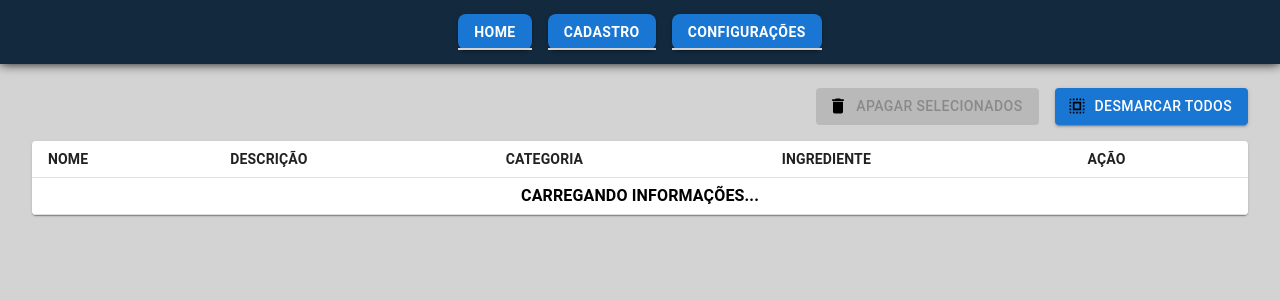
Repository: oZanella/projeto_windel_web_CRM
Page: /
These files come from the project's save history. The page is drawn as it stood at one moment and after a run of saves; the edit follows.
The browser window is 1280 px wide. The pictures show the whole page.
The page's requests for data from a server got no answer. The project was rebuilt for these pictures with package versions that can differ from the ones it lists, and the page was loaded fresh each time. No one was signed in, and anything a server would have sent is missing. Also part of the build but not shown: vite.config.js, src/routes/Configuracoes.jsx. Imported but missing from the stored project, and not drawn on this page: src/routes/Cadastro.jsx.

Above is the page before, as saved 2024-08-19 10:28:32.

### index.html
<!doctype html>
<html lang="en">

<head>
  <meta charset="UTF-8" />
  <link rel="icon" type="image/svg+xml" href="./src/image/LogoWindel.svg" />
  <link rel="stylesheet" href="src/style/GlobalStyles.css" />
  <link href="https://fonts.googleapis.com/css2?family=Playfair+Display&display=swap" rel="stylesheet">

  <meta name="viewport" content="width=device-width, initial-scale=1.0" />
  <title>Projeto Teste - CRM </title>
</head>

<body>
  <div id="root"></div>
  <script type="module" src="/src/main.jsx"></script>
</body>

</html>

### src/style/GlobalStyles.css
:root {
  --click: #7fa8c4;
  --primary: #E8F1F2;
  --darkblue: #13293D;
  --secondary: #000000;
  --ligthblue: #1b98e0;
  --animation: #006494;
  --ligthkgrey: #D3D3D3;
  --blueceledron: #247ba0;
  --delete: #FF0000;
}

* {
    color: var(--secondary);
}

body {
  background-color: var(--ligthkgrey);
}

### src/main.jsx
import { createBrowserRouter, RouterProvider, Navigate } from "react-router-dom"
import { createRoot } from 'react-dom/client'
import { StrictMode } from 'react'
import { App } from './App.jsx'

import './style/GlobalStyles.css'

//páginas do projeto
import { Cadastro } from './routes/Cadastro.jsx'
import { Home } from './routes/Home.jsx'
import { Configuracoes } from './routes/configuracoes.jsx'

const router = createBrowserRouter([
  {
    element: <App />,
    children: [
      {
        path: '/',
        element: <Navigate to="/home" replace />,
      },
      {
        path: '/home',
        element: <Home />,
      },
      {
        path: '/cadastro',
        element: <Cadastro />,
      },
      {
        path: '/configuracoes',
        element: <Configuracoes />,
      },
    ],
  },
])

createRoot(document.getElementById('root')).render(
  <StrictMode>
    <RouterProvider router={router} />
  </StrictMode>,
)

### src/App.jsx
import { Header } from './components/Header'
import { Outlet } from 'react-router-dom'
import { Box } from '@mui/material'
import './style/GlobalStyles.css'

export function App() {
  return (
    <Box sx={{ p: { xs: 2, sm: 3 }, marginTop: { xs: 8, sm: 8 } }}>
      <Header />
      <Box>
        <Outlet />
      </Box>
    </Box>
  );
}

### src/routes/Home.jsx
import React, { useEffect, useState } from 'react';
import { Box, TextField, Button, Dialog, DialogActions, DialogContent, DialogTitle, Select, MenuItem, FormControl, InputLabel } from '@mui/material';

import { handleShowDetails, handleEdit, handleSave, handleInputChange } from '../components/Handle';
import { CardDados } from '../components/TableHome';

import { blogFetch } from '../axios/config';


export const Home = () => {
  const [posts, setPosts] = useState([]);
  const [selectInfo, setSelectInfo] = useState(null);
  const [modeEdit, setModeEdit] = useState(null);
  const [dataEdit, setDataEdit] = useState({});
  const [openAddDialog, setOpenAddDialog] = useState(false);
  const [newPost, setNewPost] = useState({ name: '', description: '', category: '' });

  const getPosts = async () => {
    try {
      const response = await blogFetch.get("/recipe");
      const uniqueData = response.data.filter((value, index, self) =>
        index === self.findIndex((t) => t.id === value.id)
      );
      setPosts(uniqueData); // Garante que não tenha dados duplicados
    } catch (error) {
      console.log(error);
    }
  };

  useEffect(() => {
    getPosts();
  }, []);

  const handleDelete = async (postId) => {
    try {
      await blogFetch.delete(`/recipe/${postId}`);
      setPosts(posts.filter(post => post.id !== postId));
      console.log('Post deletado com sucesso');
    } catch (error) {
      console.error('Erro ao deletar o post', error);
    }
  };

  const handleAddOpen = () => setOpenAddDialog(true);
  const handleAddClose = () => setOpenAddDialog(false);

  {/* API para envio do novo registro*/ }
  const handleAdd = async () => {
    try {
      const newPostFormatted = {
        name: newPost.name,
        description: newPost.description,
        ingredients: [],
        category: newPost.category,
        isFavorite: newPost.isFavorite
      };

      const response = await blogFetch.post("/recipe", newPostFormatted);
      setPosts([...posts, response.data]);
      setNewPost({ name: '', description: '', category: '', isFavorite: false });
      handleAddClose();
      console.log('Post adicionado com sucesso');
    } catch (error) {
      console.error('Erro ao adicionar o post', error);
    }
  };

  return (
    <Box>
      {/* Dados para Adicionar Novo Registro */}
      <Dialog open={openAddDialog} onClose={handleAddClose}>
        <DialogTitle>Adicionar Novo Registro</DialogTitle>
        <DialogContent>
          <TextField
            name="name"
            label="Nome"
            value={newPost.name}
            onChange={(e) => setNewPost({ ...newPost, name: e.target.value })}
            fullWidth
            sx={{ marginBottom: 2 }}
          />
          <TextField
            name="description"
            label="Descrição"
            value={newPost.description}
            onChange={(e) => setNewPost({ ...newPost, description: e.target.value })}
            fullWidth
            sx={{ marginBottom: 2 }}
          />
          <TextField
            name="category"
            label="Categoria"
            value={newPost.category}
            onChange={(e) => setNewPost({ ...newPost, category: e.target.value })}
            fullWidth
            sx={{ marginBottom: 2 }}
          />
          <FormControl fullWidth sx={{ marginBottom: 2 }}>
            <InputLabel>Favorito</InputLabel>
            <Select
              name="isFavorite"
              value={newPost.isFavorite}
              onChange={(e) => setNewPost({ ...newPost, isFavorite: e.target.value })}
              label="Favorito"
            >
              <MenuItem value={true}>Sim</MenuItem>
              <MenuItem value={false}>Não</MenuItem>

            </Select>
          </FormControl>
        </DialogContent>
        <DialogActions>
          <Button onClick={handleAddClose}>Cancelar</Button>
          <Button onClick={handleAdd}>Adicionar</Button>
        </DialogActions>
      </Dialog>

      <CardDados
        posts={posts}
        handleDelete={handleDelete}
        handleEdit={handleEdit}
        handleSave={handleSave}
        modeEdit={modeEdit}
        setModeEdit={setModeEdit}
        dataEdit={dataEdit}
        setDataEdit={setDataEdit}
        handleInputChange={handleInputChange}
        selectInfo={selectInfo}
        setSelectInfo={setSelectInfo}
        handleShowDetails={handleShowDetails}
      />
    </Box>
  );
};

### src/components/Header.jsx
import { AppBar, Toolbar, Typography, Box, Button, IconButton } from '@mui/material';
import Logo from '../image/LogoWindel.svg';
import { Link } from 'react-router-dom';
import React from 'react';

export const Header = () => {
  return (

    // Header fundo 1 //
    <AppBar
      position="fixed"
      sx={{
        width: '100%',
        boxShadow: '0px 0.01px 11px var(--secondary)',
        top: 0,
        left: 0,
      }}
    >

      {/* Header fundo 2 */}
      <Toolbar
        sx={{
          display: 'flex',
          alignItems: 'center',
          padding: { xs: '0px', sm: '0px' },
          justifyContent: 'space-between',
          height: '64px',
          minHeight: '64px',
          backgroundColor: 'var(--darkblue)',
          boxSizing: 'border-box',
        }}
      >

        {/* Botões */}
        <Box
          sx={{
            gap: 2,
            display: 'flex',
            alignItems: 'center',
            flexGrow: { xs: 1, sm: 1 },
            justifyContent: { xs: 'center', sm: 'center' },
            '& .MuiButton-root': {
              backgroundColor: 'ligthkgrey',
              borderRadius: '8px',
              fontWeight: 'bold',
              textTransform: 'uppercase',
              transition: 'background-color 0.4s, transform 0.4s',
              border: 'none',

              // Animação
              '&:hover': {
                transform: 'scale(1.06)',
                border: '1px',
              },
              '&::after': {
                content: '""',
                position: 'absolute',
                left: 0,
                bottom: 0,
                width: '100%',
                height: '2px',
                backgroundColor: 'var(--ligthkgrey)',
                transition: 'width 0.4s',
              },
            },
          }}
        >
          <Button variant="contained" component={Link} to={`/home`}>Home</Button>
          <Button variant="contained" component={Link} to={`/cadastro`}>Cadastro</Button>
          <Button variant="contained" component={Link} to={`/configuracoes`}>Configurações</Button>
        </Box>
      </Toolbar>
    </AppBar>
  );
};

### src/components/Handle.jsx

import { blogFetch } from '../axios/config';


export const handleShowDetails = (post, setSelectInfo, selectInfo) => {
  if (selectInfo?.id === post.id) {
    setSelectInfo(null); // Fecha se já estiver aberto
  } else {
    setSelectInfo(post); // Abre o post atual
  }
};

export const handleEdit = (post, setModeEdit, setDataEdit) => {
  setModeEdit(post.id);
  setDataEdit(post);
};

//continua com erro, verificar!!
export const handleSave = async (postId, updateData) => {
  try {
    // Envie uma requisição PUT ou POST para salvar os dados atualizados
    const response = await blogFetch.put(`/blogFetch/posts/${postId}`, updateData);
    console.log('Dados salvos com sucesso', response.data);

  } catch (error) {
    console.error('Erro de API', error);
  }
};

export const handleInputChange = (e, setDataEdit) => {
  setDataEdit(prevDataEdit => ({ ...prevDataEdit, [e.target.name]: e.target.value }));
};

### src/components/TableHome.jsx
import React, { useState, useEffect } from 'react';
import {
  Table, TableBody, TableCell, TableContainer, TableHead, TableRow, Typography, Box, Button, IconButton, TextField, Dialog, DialogContent, DialogActions, FormControlLabel, Switch, Chip, Paper, Checkbox
} from '@mui/material';
import EditIcon from '@mui/icons-material/Edit';
import SaveIcon from '@mui/icons-material/Save';
import AddIcon from '@mui/icons-material/Add';
import CloseIcon from '@mui/icons-material/Close';
import DeleteIcon from '@mui/icons-material/Delete';
import SelectAllIcon from '@mui/icons-material/SelectAll';
import axios from 'axios';

const API_BASE_URL = 'https://teste-tecnico-front-api.up.railway.app';

export const CardDados = ({
  posts, setPosts, handleDelete
}) => {
  const [openModal, setOpenModal] = useState(false);
  const [currentPost, setCurrentPost] = useState(null);
  const [dataEdit, setDataEdit] = useState({});
  const [newIngredient, setNewIngredient] = useState('');
  const [selectedPosts, setSelectedPosts] = useState([]);

  useEffect(() => {
    if (currentPost) {
      setDataEdit({ ...currentPost });
    }
  }, [currentPost]);

  const handleEditOpen = (post) => {
    setCurrentPost(post);
    setOpenModal(true);
  };

  const handleEditClose = () => {
    setOpenModal(false);
    setCurrentPost(null);
    setNewIngredient('');
  };

  const handleSaveModal = async () => {
    if (currentPost) {
      try {
        await axios.put(`${API_BASE_URL}/posts/${currentPost.id}`, dataEdit);
        const response = await axios.get(`${API_BASE_URL}/posts`);
        setPosts(response.data);
        handleEditClose();
      } catch (error) {
        console.error('Error ao salvar:', error);
      }
    }
  };

  const handleAddIngredient = () => {
    if (newIngredient.trim() !== '') {
      setDataEdit((prevData) => ({
        ...prevData,
        ingredients: [...(prevData.ingredients || []), newIngredient.trim()],
      }));
      setNewIngredient('');
    }
  };

  const handleRemoveIngredient = (ingredientToRemove) => {
    setDataEdit((prevData) => ({
      ...prevData,
      ingredients: (prevData.ingredients || []).filter((ingredient) => ingredient !== ingredientToRemove),
    }));
  };

  const handleSelectAll = () => {
    if (selectedPosts.length === posts.length) {
      setSelectedPosts([]); // Deselect all
    } else {
      setSelectedPosts(posts.map(post => post.id)); // Select all
    }
  };

  const handleDeleteSelected = async () => {
    try {
      await Promise.all(selectedPosts.map(id => axios.delete(`${API_BASE_URL}/posts/${id}`)));
      const response = await axios.get(`${API_BASE_URL}/posts`);
      setPosts(response.data);
      setSelectedPosts([]);
    } catch (error) {
      console.error('Error ao apagar os registros:', error);
    }
  };

  const handleSelectPost = (id) => {
    setSelectedPosts(prevSelected =>
      prevSelected.includes(id)
        ? prevSelected.filter(postId => postId !== id)
        : [...prevSelected, id]
    );
  };

  return (
    <>
      <Box sx={{ display: 'flex', justifyContent: 'flex-end', mb: 2 }}>
        <Button
          variant="contained"
          color="error"
          startIcon={<DeleteIcon />}
          onClick={handleDeleteSelected}
          disabled={selectedPosts.length === 0}
          sx={{ marginRight: 2 }}
        >
          Apagar Selecionados
        </Button>
        <Button
          variant="contained"
          color="primary"
          startIcon={<SelectAllIcon />}
          onClick={handleSelectAll}
        >
          {selectedPosts.length === posts.length ? 'Desmarcar Todos' : 'Selecionar Todos'}
        </Button>
      </Box>

      {/* Tabela aonde aparece os dados */}
      <TableContainer component={Paper} sx={{ overflowX: 'auto' }}>
        <Table size='small'>
          <TableHead>
            <TableRow>
              <TableCell sx={{ fontWeight: 'bold', textTransform: 'uppercase' }}>Nome</TableCell>
              <TableCell sx={{ fontWeight: 'bold', textTransform: 'uppercase' }}>Descrição</TableCell>
              <TableCell sx={{ fontWeight: 'bold', textTransform: 'uppercase' }}>Categoria</TableCell>
              <TableCell sx={{ fontWeight: 'bold', textTransform: 'uppercase' }}>Ingrediente</TableCell>
              <TableCell sx={{ fontWeight: 'bold', textTransform: 'uppercase' }}>Ação</TableCell>
            </TableRow>
          </TableHead>
          <TableBody>
            {posts.length === 0 ? (
              <TableRow>
                <TableCell colSpan={5} align="center">
                  <Typography variant="body1" sx={{ fontWeight: 'bold', textTransform: 'uppercase' }}>Carregando informações...</Typography>
                </TableCell>
              </TableRow>
            ) : (
              posts.map((post) => (
                <TableRow sx={{ height: 'auto' }} key={post.id}>
                  <TableCell sx={{ padding: '8px' }}>
                    {post.name}
                  </TableCell>
                  <TableCell sx={{ padding: '8px' }}>{post.description}</TableCell>
                  <TableCell sx={{ padding: '8px' }}>{post.category}</TableCell>

                  <TableCell sx={{ padding: '8px' }}>
                    <Box sx={{
                      display: 'flex',
                      flexWrap: 'wrap',
                      overflowX: 'auto',
                      gap: 1,
                      width: '100%',
                    }}>
                      {post.ingredients && post.ingredients.length > 0 ? (
                        post.ingredients.map((ingredient) => (
                          <Box
                            key={ingredient.id}
                            sx={{
                              display: 'flex',
                              flexDirection: 'column',
                              alignItems: 'flex-start',
                              marginRight: 1,
                              marginBottom: 1,
                            }}
                          >
                            <Typography variant="body1">{ingredient.name}</Typography>
                            <Typography variant="body2" color="textSecondary">
                              Quantidade: {ingredient.quantity}
                            </Typography>
                          </Box>
                        ))
                      ) : (
                        <Typography variant="body2">Nenhum ingrediente disponível</Typography>
                      )}
                    </Box>
                  </TableCell>

                  <TableCell>
                    <Box sx={{ display: 'flex', alignItems: 'center' }}>
                      <Checkbox
                        checked={selectedPosts.includes(post.id)}
                        onChange={() => handleSelectPost(post.id)}
                        color="primary"
                      />
                      <IconButton
                        color="primary"
                        onClick={() => handleEditOpen(post)}
                        sx={{ mr: 1 }}
                      >
                        <EditIcon />
                      </IconButton>
                      <IconButton
                        color="error"
                        onClick={() => handleDelete(post.id)}
                      >
                        <DeleteIcon />
                      </IconButton>
                    </Box>
                  </TableCell>
                </TableRow>
              ))
            )}
          </TableBody>
        </Table>
      </TableContainer>

      {/* Modal de edição */}
      <Dialog open={openModal} onClose={handleEditClose} fullWidth maxWidth="sm">
        <DialogContent>
          {currentPost && (
            <Box component="form" sx={{ display: 'flex', flexDirection: 'column', gap: 2 }}>
              <TextField
                name="name"
                label="Nome"
                value={dataEdit.name || ''}
                onChange={(e) => setDataEdit({ ...dataEdit, name: e.target.value })}
                fullWidth
                sx={{ marginBottom: 2 }}
              />
              <TextField
                name="description"
                label="Descrição"
                value={dataEdit.description || ''}
                onChange={(e) => setDataEdit({ ...dataEdit, description: e.target.value })}
                fullWidth
                sx={{ marginBottom: 2 }}
              />
              <TextField
                name="category"
                label="Categoria"
                value={dataEdit.category || ''}
                onChange={(e) => setDataEdit({ ...dataEdit, category: e.target.value })}
                fullWidth
                sx={{ marginBottom: 2 }}
              />
              <FormControlLabel
                control={
                  <Switch
                    checked={dataEdit.isFavorite || false}
                    onChange={(e) => setDataEdit({ ...dataEdit, isFavorite: e.target.checked })}
                    name="isFavorite"
                    color="primary"
                  />
                }
                label="Favorito"
                sx={{ marginTop: 1 }}
              />
              <Box sx={{ marginTop: 2 }}>
                <Typography variant="h6" sx={{ mb: 1 }}>Ingredientes</Typography>
                {dataEdit.ingredients && dataEdit.ingredients.map((ingredient, index) => (
                  <Chip
                    key={index}
                    label={`${ingredient.name} (${ingredient.quantity})`}
                    onDelete={() => handleRemoveIngredient(ingredient)}
                    sx={{ marginRight: 1, marginBottom: 1 }}
                    deleteIcon={<CloseIcon />}
                  />
                ))}
                <Box sx={{ display: 'flex', alignItems: 'center', mt: 2 }}>
                  <TextField
                    value={newIngredient}
                    onChange={(e) => setNewIngredient(e.target.value)}
                    label="Novo ingrediente"
                    variant="outlined"
                    size="small"
                    sx={{ marginRight: 1 }}
                  />
                  <Button
                    variant="contained"
                    color="primary"
                    onClick={handleAddIngredient}
                    startIcon={<AddIcon />}
                  >
                    Adicionar
                  </Button>
                </Box>
              </Box>
            </Box>
          )}
        </DialogContent>
        <DialogActions>
          <Button onClick={handleEditClose} color="inherit">
            Cancelar
          </Button>
          <Button
            onClick={handleSaveModal}
            color="primary"
            variant="contained"
            startIcon={<SaveIcon />}
          >
            Salvar
          </Button>
        </DialogActions>
      </Dialog>
    </>
  );
};

### src/axios/config.jsx
// src/axios/config.js
import axios from 'axios';

export const blogFetch = axios.create({
  baseURL: 'https://teste-tecnico-front-api.up.railway.app',
  headers: {
    'Content-Type': 'application/json',
  },
});

After the next 2 saves:
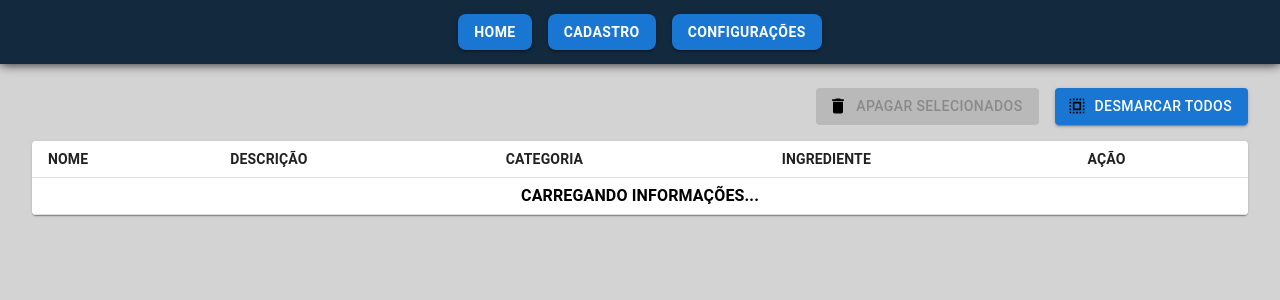
The 2 saves are shown as one change because they came seconds apart.
The last was saved 8 s later.
--- a/src/components/Header.jsx
+++ b/src/components/Header.jsx
@@ -52,16 +52,6 @@ export const Header = () => {
                 transform: 'scale(1.06)',
                 border: '1px',
               },
-              '&::after': {
-                content: '""',
-                position: 'absolute',
-                left: 0,
-                bottom: 0,
-                width: '100%',
-                height: '2px',
-                backgroundColor: 'var(--ligthkgrey)',
-                transition: 'width 0.4s',
-              },
             },
           }}
         >
